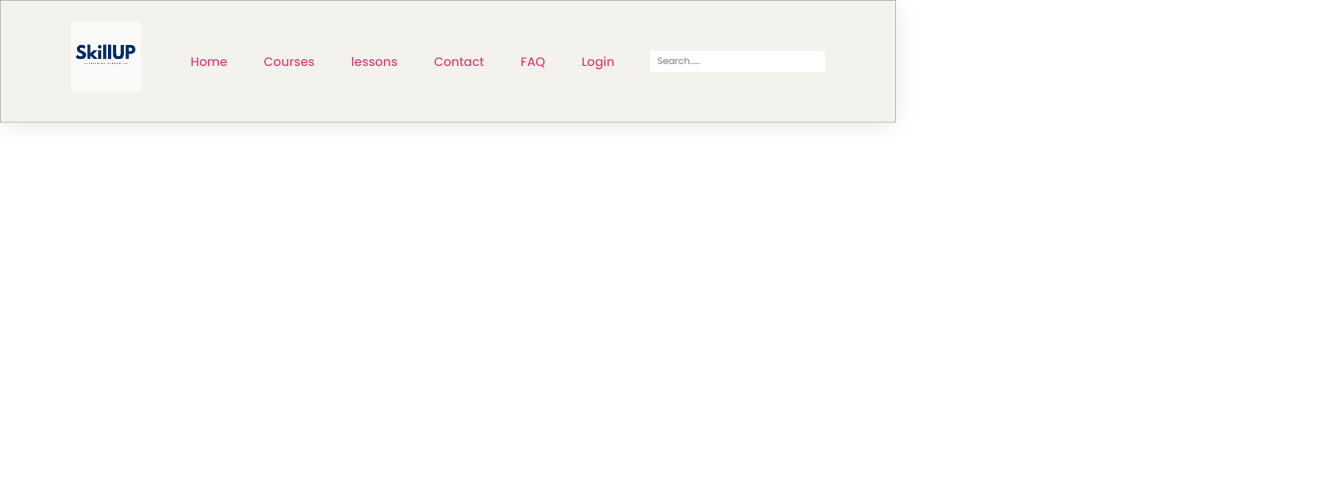
Repository: 2tzz/SkillUp-Academy
Page: home.html
These files come from the project's save history. The page is drawn as it stood at one moment and after the next save; the edit follows.
The browser window is 1280 px wide. The page is 1280 px wide, then 1897 px, so the pictures cover 1897 px, including what lies to the right of the window. The pictures show the part of the page from y = 0 to 1280 px (the page is 720 px tall before and 5020 px after), at 70% of full size.
Some web fonts or font styles are not loaded; a fallback is used.

Above is the page before, as saved 2022-10-22 12:56:42.

### home.html
<!DOCTYPE html>
<html lang="en" dir="ltr">
  <head>
    <meta charset="utf-8">
    <title>Website Landing Page | With Loading Effects and Scrolling Effects</title>
    <link rel="stylesheet" href="/CSS/home.css">
  </head>
  <body>

    <header>
      <a href="#" class="logo" >
        <img src="Img/SkillUP light.png" width="100px" height="100px" alt="Academy logo"/>
      </a>
      <navbar>
        <a href="#" class="active">Home</a>
        <a href="CourseHome.html">Courses</a>
        <a href="Lessons.html">lessons</a>
        <a href="Contact.html">Contact</a>
        <a href="FAQ.html">FAQ</a>
        <a href="login.html">Login</a>
      </navbar>
      <search_bar>
            <form class="search">
                <input type="text" placeholder="Search....." class="input">
            <button type="submit" class="button">
                <i class="ri-search-2-line"></i>
            </button>
        </form>
      </search_bar>
    </header>

    <script src="/JS/home.js"></script>
  </body>
</html>

### CSS/home.css
@import url('https://fonts.googleapis.com/css2?family=Poppins:wght@100;200;300;400;500;600;700;800;900&display=swap');
@import url('https://fonts.googleapis.com/css2?family=Kaushan+Script&display=swap');

*{
  margin: 0;
  padding: 0;
  box-sizing: border-box;
  font-family: "Poppins", sans-serif;
  scroll-behavior: smooth;
}

body{
  min-height: 100vh;
  overflow-x: hidden;
}

header{
    background: rgba(231, 228, 214, 0.47);
box-shadow: 0 4px 30px rgba(0, 0, 0, 0.1);
backdrop-filter: blur(5px);
-webkit-backdrop-filter: blur(5px);
border: 1px solid rgba(6, 2, 2, 0.3);
  z-index: 999;
  position: absolute;
  top: 0;
  left: 0;
  width: 100%;
  padding: 30px 100px;
  display: flex;
  justify-content: space-between;
  align-items: center;
}

header .logo{
  font-size: 2em;
  text-transform: uppercase;
  font-weight: 800;
  text-decoration: none;
  background: linear-gradient(to right, #d7487e, #ea6360);
  -webkit-background-clip: text;
  -webkit-text-fill-color: transparent;
}

header navbar{
  display: flex;
  justify-content: center;
  align-items: center;
}

header navbar a{
  color: #d9497e;
  font-size: 1.1em;
  font-weight: 500;
  text-decoration: none;
  margin-left: 20px;
  padding: 5px 16px;
  border-radius: 20px;
  transition: 0.3s;
  transition-property: background, color;
}

header navbar a:hover{
  background: linear-gradient(to bottom, #d94a7f, #fe9261);
  color: #fff;
}

.home{
  position: relative;
  width: 100%;
  height: 100vh;
  padding: 100px;
  display: flex;
  justify-content: center;
  align-items: center;
  flex-direction: column;
}

.home:before{
  content: '';
  z-index: 10;
  position: absolute;
  width: 100%;
  height: 80px;
  background: linear-gradient(to top, #722d59, transparent);
  bottom: 0;
}


.home img{
  position: absolute;
  top: 0;
  left: 0;
  width: 100%;
  height: 100%;
  object-fit: cover;
  pointer-events: none;
}

/* Search box */
header search_bar{
    display: flex;
    justify-content: center;
    align-items: center;
}
.search{
    float: right;
    position: relative;
    height: 30px;
    width: 250px;
    background-color: rgb(255, 255, 255);
    backdrop-filter: blur(2rem);
    display: flex;
    justify-content: flex-end;
    border: #a11d1d;
}
.search::before{
    content: "";
    position: absolute;
    left: 0;
    bottom: 0;
    width: 100%;
    height: 2px;
    background: #c52520;
    transform: scaleX(0);
    transform-origin: center;
    transform-origin: left;
    transition: transform .25s ;
}
.search:focus-within::before{
    transform: scale(1);
}
.search input,
.search button{
    border: none;
    outline: none;
    background-color: transparent;
    color: #8e8e8e;
}
.input{
    width: 100%;
    padding: 10px;
}
.button{
    display: grid;
    place-items: center;
    width: 50px;
    font-size: 20px;
    cursor: pointer;
    transition: color .25s;
}
.button:hover{
    background: #0170f0;
  }


.logo, navbar,search_bar{
  transform: translateY(-70px);
  transition: 0.8s;
}

### JS/home.js

const logo = document.querySelector(".logo");
const navbar = document.querySelector("navbar");
const search_bar=document.querySelector("search_bar");

//reveal elements on page loading
window.addEventListener("load", () => {
  logo.style.transform = "translateY(0)";
  navbar.style.transform = "translateY(0)";
  search_bar.style.transform ="translateY(0)";
});

 //scrolling effects on website elements
 /*window.addEventListener("scroll", () => {
    const scrollVal = window.scrollY;
  });
*/

After the next save:
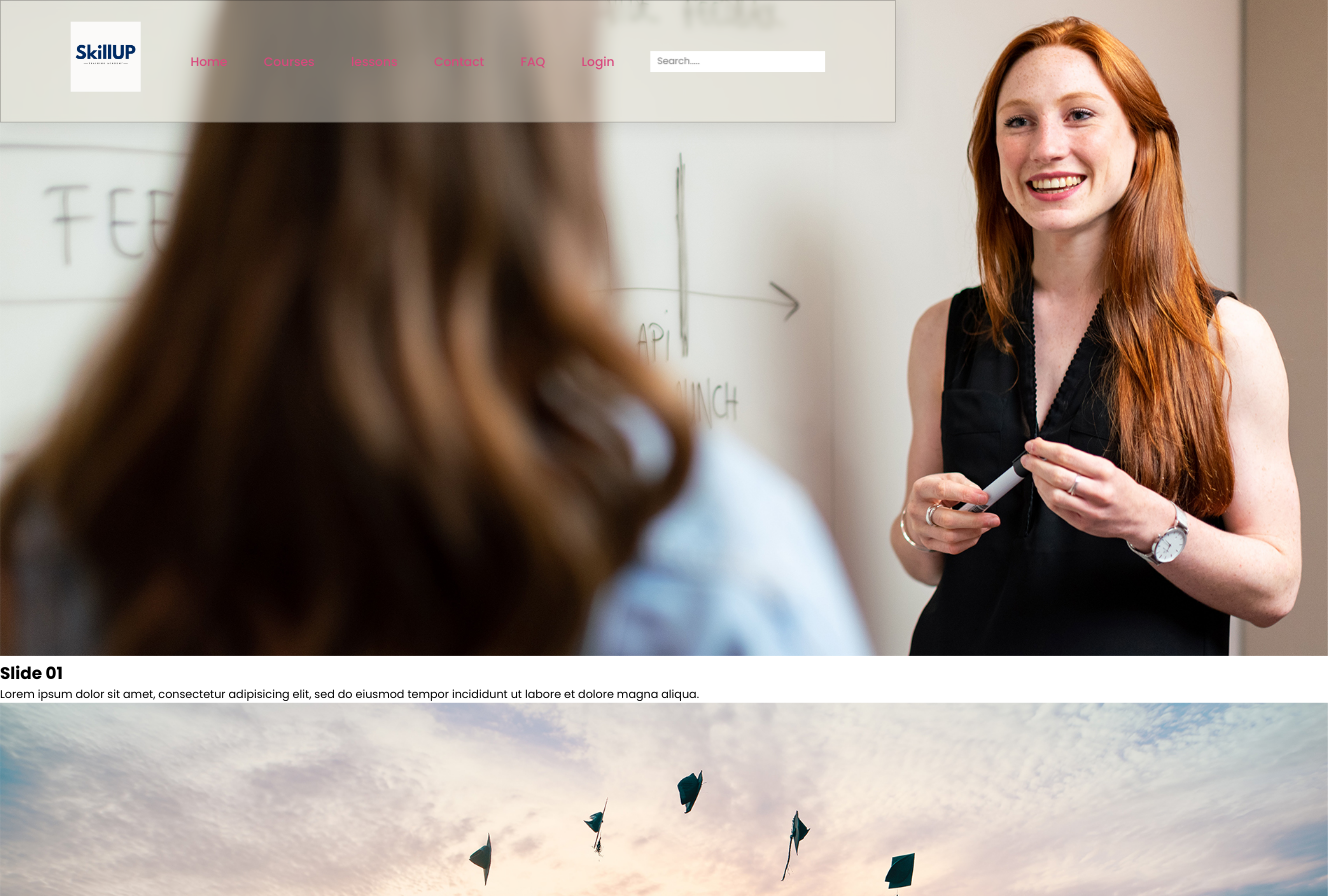
Saved 8 min 24 s later.
--- a/home.html
+++ b/home.html
@@ -29,6 +29,50 @@
       </search_bar>
     </header>
 
+    <div class="img-slider">
+        <div class="slide active">
+          <img src="/Img/CarousalImages/Caro1.jpg" alt="">
+          <div class="info">
+            <h2>Slide 01</h2>
+            <p>Lorem ipsum dolor sit amet, consectetur adipisicing elit, sed do eiusmod tempor incididunt ut labore et dolore magna aliqua.</p>
+          </div>
+        </div>
+        <div class="slide">
+          <img src="/Img/CarousalImages/Caro2.jpg" alt="">
+          <div class="info">
+            <h2>Slide 02</h2>
+            <p>Lorem ipsum dolor sit amet, consectetur adipisicing elit, sed do eiusmod tempor incididunt ut labore et dolore magna aliqua.</p>
+          </div>
+        </div>
+        <div class="slide">
+          <img src="/Img/CarousalImages/Caro3.jpg" alt="">
+          <div class="info">
+            <h2>Slide 03</h2>
+            <p>Lorem ipsum dolor sit amet, consectetur adipisicing elit, sed do eiusmod tempor incididunt ut labore et dolore magna aliqua.</p>
+          </div>
+        </div>
+        <div class="slide">
+          <img src="/Img/CarousalImages/Caro1.jpg" alt="">
+          <div class="info">
+            <h2>Slide 04</h2>
+            <p>Lorem ipsum dolor sit amet, consectetur adipisicing elit, sed do eiusmod tempor incididunt ut labore et dolore magna aliqua.</p>
+          </div>
+        </div>
+        <div class="slide">
+          <img src="/Img/CarousalImages/Caro2.jpg" alt="">
+          <div class="info">
+            <h2>Slide 05</h2>
+            <p>Lorem ipsum dolor sit amet, consectetur adipisicing elit, sed do eiusmod tempor incididunt ut labore et dolore magna aliqua.</p>
+          </div>
+        </div>
+        <div class="navigation">
+          <div class="btn active"></div>
+          <div class="btn"></div>
+          <div class="btn"></div>
+          <div class="btn"></div>
+          <div class="btn"></div>
+        </div>
+      </div>
     <script src="/JS/home.js"></script>
   </body>
 </html>
